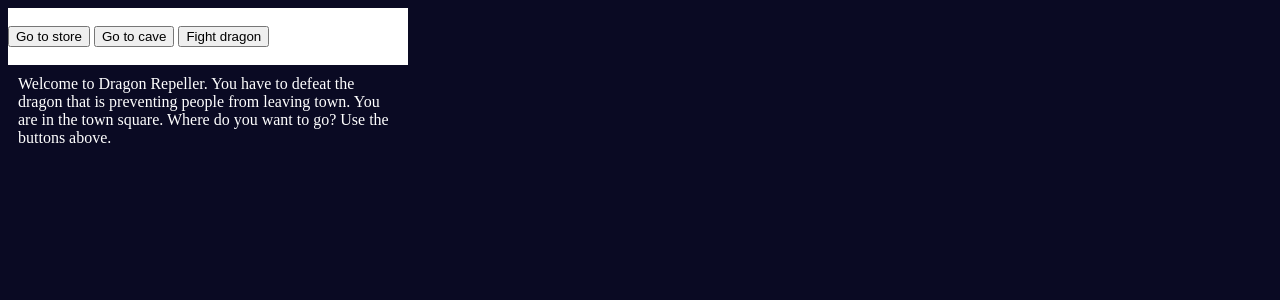
Repository: Lungdjos/role_playing_game
Page: index.html
The author's editor kept a copy of each file at every save. The page is drawn from the files as they stood at one save, then again after the next save.
The browser window is 1280 px wide. The pictures show the whole page.

Above is the page before, as saved 2024-02-06 23:32:06.

### index.html
<!DOCTYPE html>
<html lang="en">

<head>
    <meta charset="UTF-8">
    <meta name="viewport" content="width=device-width, initial-scale=1.0">
    <title>RPG - Dragon Repeller</title>
    <link rel="stylesheet" href="./styles.css">

</head>

<body>
    <div id="game">
        <div id="stats">
            <span class="stat">XP: <strong><span id="xpText">0</span></strong>
            </span>
            <span class="stat">Health: <strong><span id="healthText">100</span></strong>
            </span>
            <span class="stat">Gold: <strong><span id="goldText">50</span></strong>
            </span>
        </div>
        <div id="controls">
            <button id="button1">Go to store</button>
            <button id="button2">Go to cave</button>
            <button id="button3">Fight dragon</button>
        </div>
        <div id="monsterStats">
            <span class="stat">
                Monster Name: <strong><span id="monsterName"></span></strong>
            </span>
            <span class="stat">
                Health: <strong><span id="monsterHealth"></span></strong>
            </span>
        </div>
        <div id="text">
            Welcome to Dragon Repeller. You have to defeat the dragon that is preventing people from leaving town. You are in the town square. Where do you want to go? Use the buttons above.
        </div>
    </div>

    <!-- JavaScript files -->
    <script src="./script.js"></script>
</body>

</html>

### styles.css
/** Main CSS */

body {
    background-color: #0a0a23;
}


/* text styling */

#text {
    background-color: #0a0a23;
    color: #fff;
    padding: 10px;
}


/* game styling */

#game {
    background-color: #fff;
    color: #fff;
    max-width: 400px;
    max-height: 400px;
}

### script.js
/**
 * Main JavaScript
 */

'use strict';

// variables
let xp = 0;
let health = 100;
let gold = 50;
let currentWeapon = 0;
let fighting;
let monsterHealth;
let inventory = ['stick'];

// query selectors
const button1 = document.querySelector('#button1');
const button2 = document.querySelector('#button2');
const button3 = document.querySelector('#button3');

After the next save:
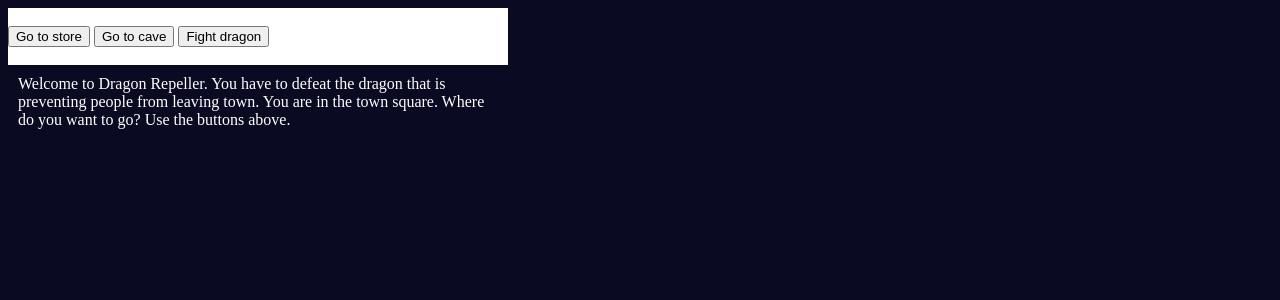
Saved 12 s later.
--- a/styles.css
+++ b/styles.css
@@ -19,6 +19,6 @@ body {
 #game {
     background-color: #fff;
     color: #fff;
-    max-width: 400px;
+    max-width: 500px;
     max-height: 400px;
 }
